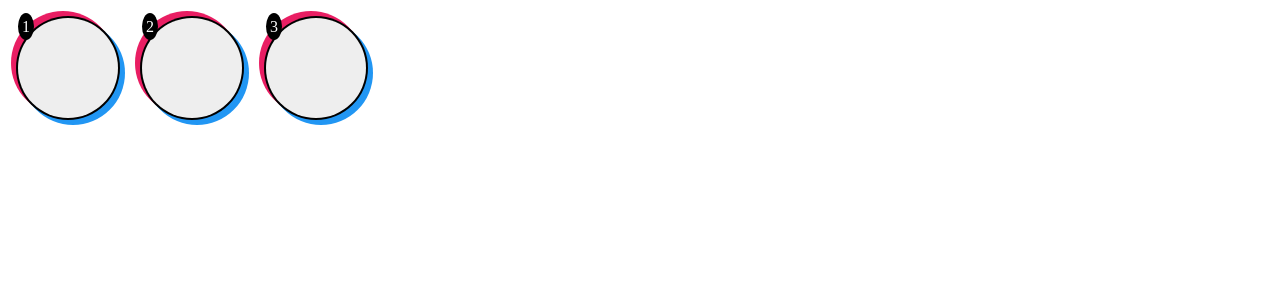
Repository: Body789/CSS_ELZERO
Page: Assignments/Assigmennt_10/Assignment_1/index.html
The author's editor kept a copy of each file at every save. The page is drawn from the files as they stood at one save, then again after the next save.
The browser window is 1280 px wide. The pictures show the whole page.

Above is the page before, as saved 2022-09-18 12:16:42.

After the next save:
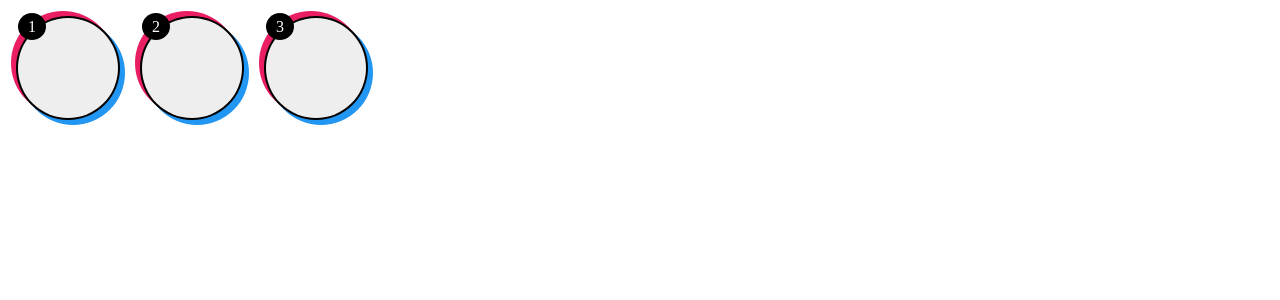
Saved 5 s later.
--- a/Assignments/Assigmennt_10/Assignment_1/Css/style.css
+++ b/Assignments/Assigmennt_10/Assignment_1/Css/style.css
@@ -24,6 +24,6 @@ div::after {
   background-color: black;
   width: 10px;
   height: 10px;
-  padding: 5px 4px;
+  padding: 5px 10px;
   border-radius: 50%;
 }
